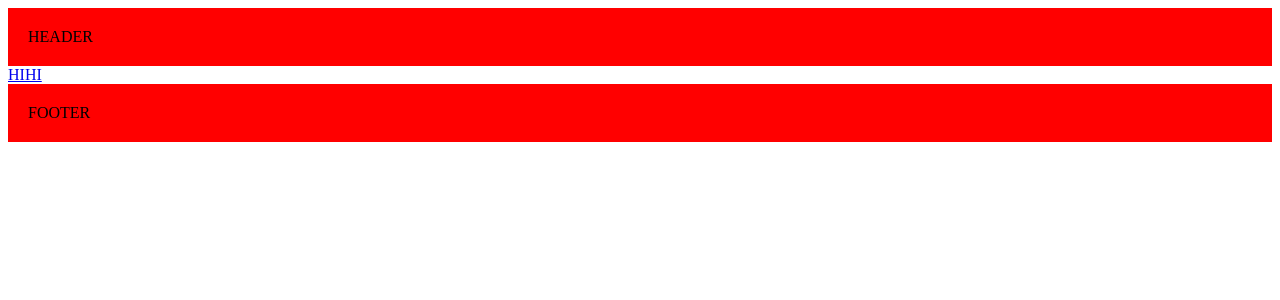
Repository: saiyagodvp/_java4
Page: http://localhost/slide4/
An editor plug-in stored every save of this project. The page is shown before and after the next save, followed by the edit.
The browser window is 1280 px wide. The pictures show the whole page.
The page is served by Tomcat 9. Other server files are loaded and not shown.

Above is the page before, as saved 2023-03-24 05:55:33.

### slide4/src/main/webapp/index.jsp
<%@ page language="java" contentType="text/html; charset=UTF-8"
    pageEncoding="UTF-8"%>
<!DOCTYPE html>
<html>
<head>
<meta charset="UTF-8">
<link rel="stylesheet" type="text/css" href="/style.css">
<title>Insert title here</title>

<style type="text/css">

</style>
</head>
<body>

<header>
	<jsp:include page="template/_header.jsp"></jsp:include>
</header>
<a href="#">HIHI</a>
<footer>
	<jsp:include page="template/_footer.jsp"></jsp:include>
</footer>
</body>
</html>

### slide4/src/main/webapp/template/_header.jsp
<%@ page language="java" contentType="text/html; charset=UTF-8"
    pageEncoding="UTF-8"%>
HEADER

### slide4/src/main/webapp/template/_footer.jsp
<%@ page language="java" contentType="text/html; charset=UTF-8"
    pageEncoding="UTF-8"%>
FOOTER

### slide4/src/main/webapp/css/style.css
@charset "UTF-8";
header, footer{
	padding: 20px;
	background: red;
}

After the next save:
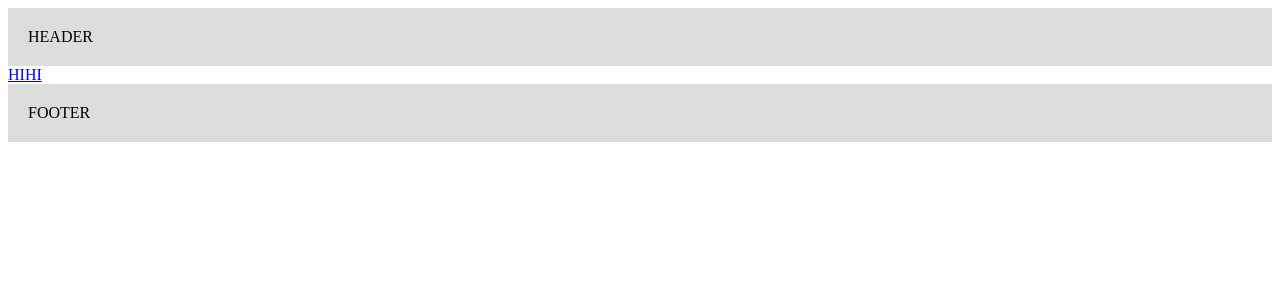
Saved 17 s later.
--- a/slide4/src/main/webapp/css/style.css
+++ b/slide4/src/main/webapp/css/style.css
@@ -1,5 +1,5 @@
 @charset "UTF-8";
 header, footer{
 	padding: 20px;
-	background: red;
+	background: #ddd;
 }
